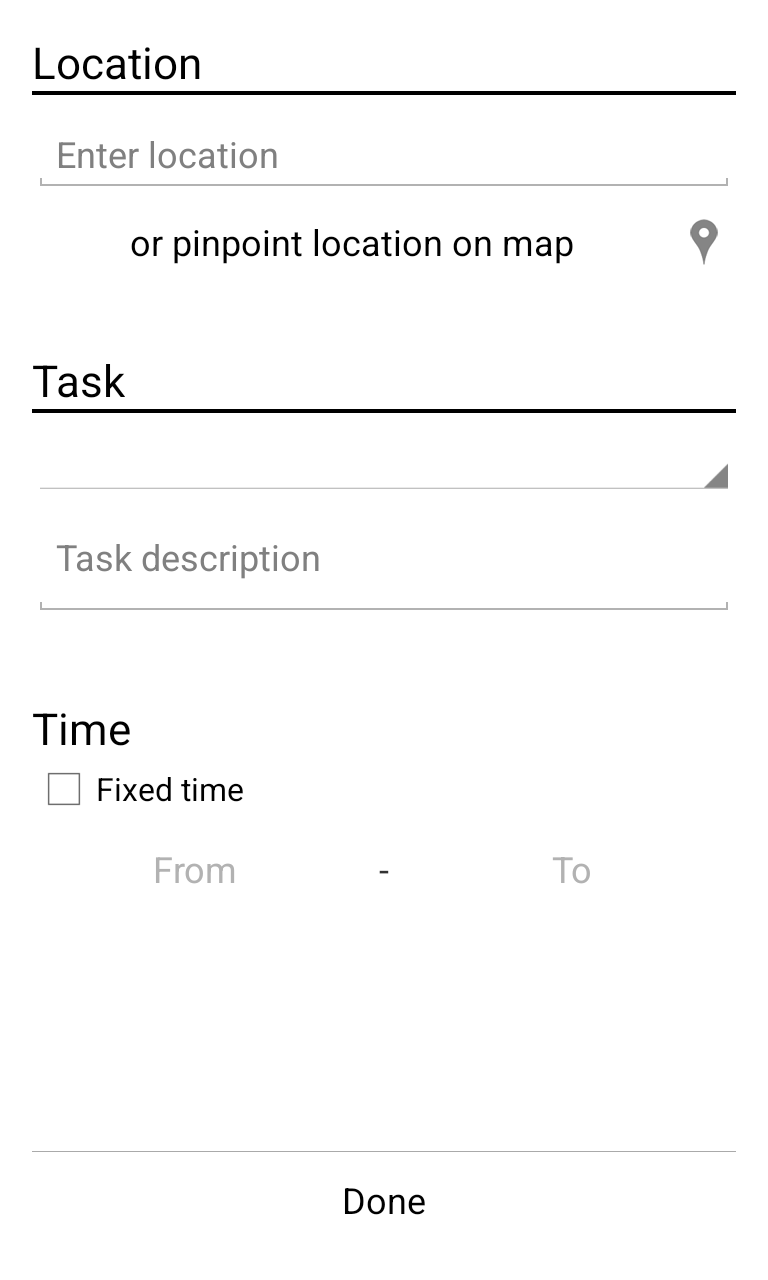
Repository: larserikstrand/IMT4904-Master
Layout: MTP/res/layout/activity_new_task.xml
These files come from the project's save history. The layout is drawn as it stood at one moment and after the next save; the edit follows.
It is drawn on a 768 x 1280 px phone screen (xhdpi) without system bars, with theme android:Theme.Holo.Light; the app's code is not run.

Above is the layout before, as saved 2014-02-10 21:04:08.

After the next save:
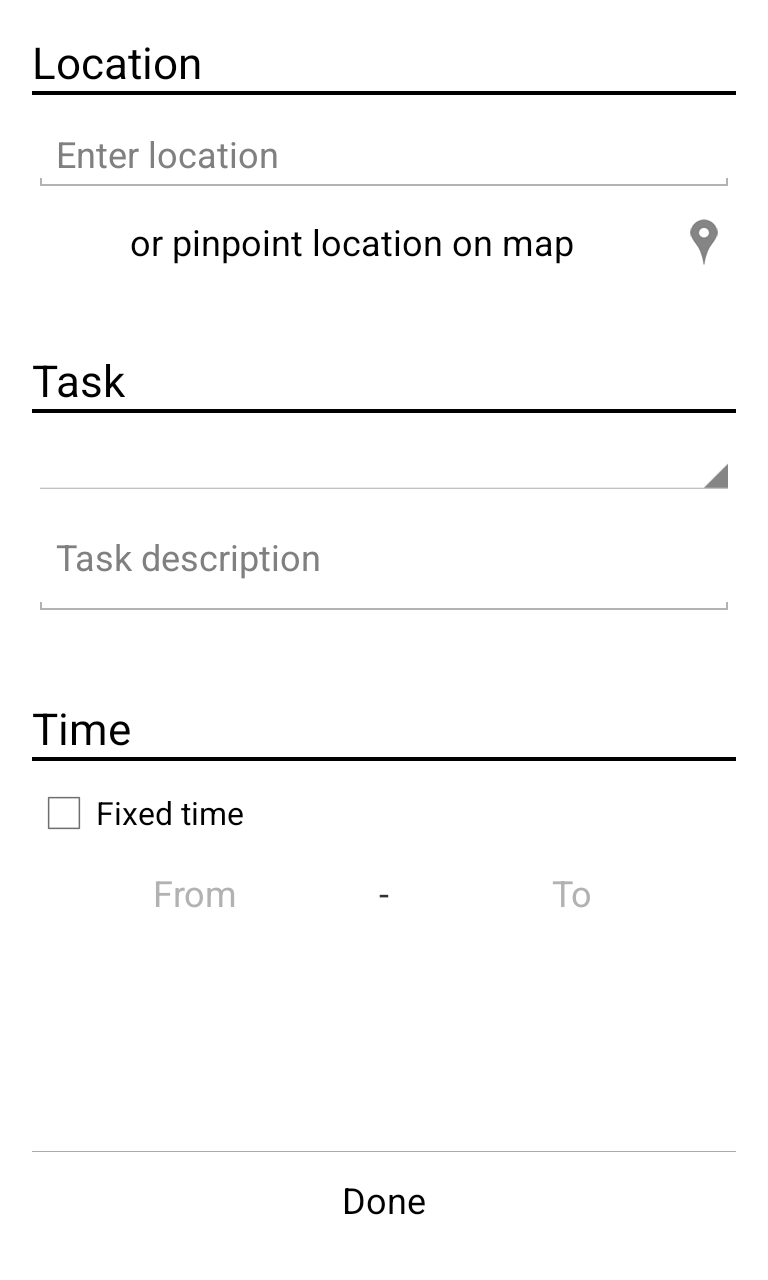
Saved 23 s later.
--- a/MTP/res/layout/activity_new_task.xml
+++ b/MTP/res/layout/activity_new_task.xml
@@ -70,6 +70,11 @@
         		android:text="@string/time"
         		android:textAppearance="?android:attr/textAppearanceLarge" />
 
+    		<View android:layout_width="match_parent"
+        		android:layout_height="2dp"
+        		android:layout_marginBottom="10dp"
+        		android:background="@android:color/black" />
+
     		<CheckBox android:id="@+id/fixed_time_check"
         		android:layout_width="match_parent"
         		android:layout_height="wrap_content"
